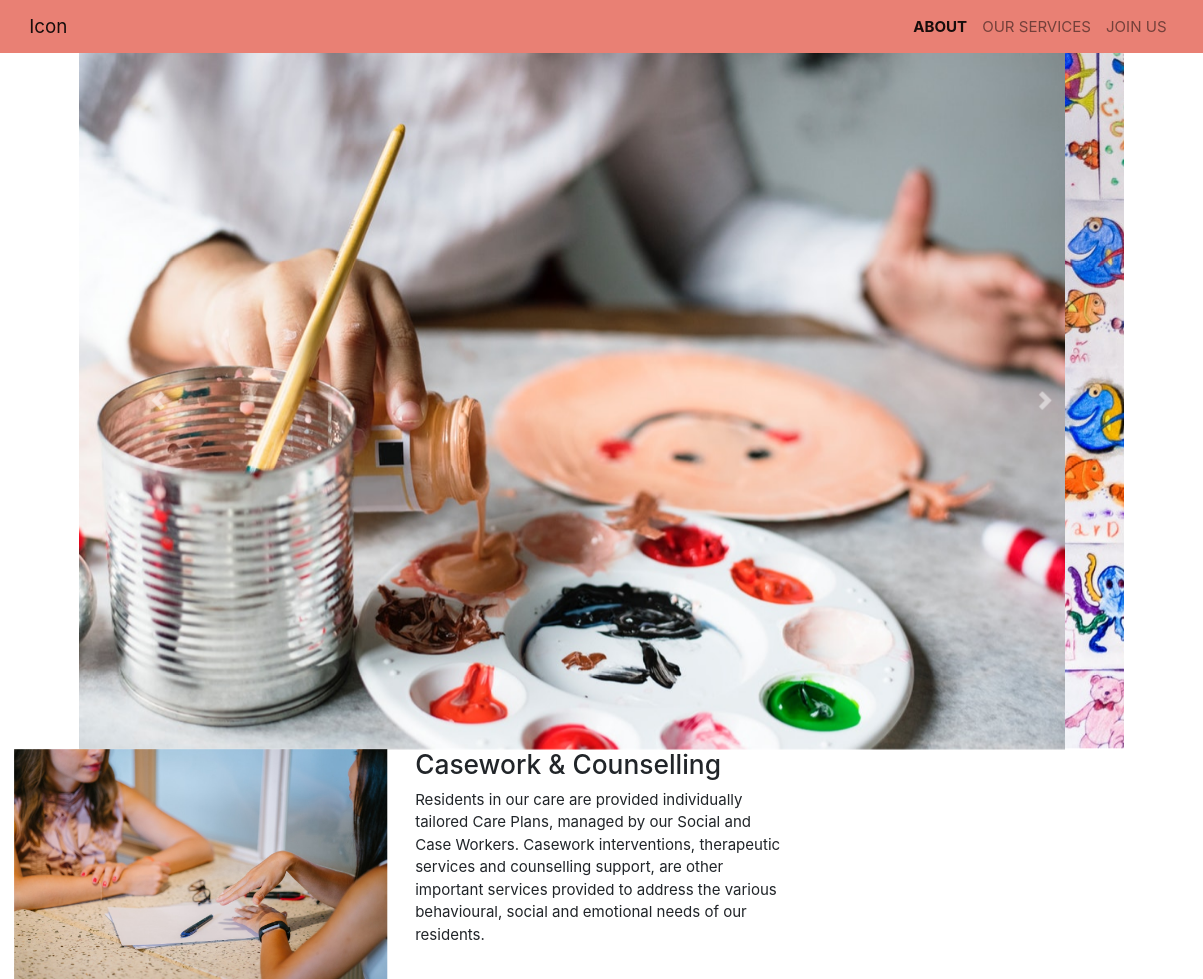
Repository: Code-Institute-Submissions/Jasonngyt-Project1
Page: services.html
The author's editor kept a record of every edit. The page is drawn from the files as they stood at one moment, then again after the next edit.
The browser window is 1280 px wide. The pictures show the part of the page from y = 0 to 1041 px (the page is 1675 px tall), at 94% of full size.
A picture or video elsewhere on the page could not be fetched, so the positions and the page height are approximate. Some web fonts or font styles are not loaded; a fallback is used. Some web libraries are served in a nearby version.

Above is the page before.

### services.html
<!DOCTYPE html>
<html lang="en">
<head>
    <meta charset="UTF-8">
    <meta name="viewport" content="width=device-width, initial-scale=1.0">
    <meta http-equiv="X-UA-Compatible" content="ie=edge">
    <title>Our Services</title>

    <!-- Bootsrap CSS -->
    <link rel="stylesheet" href="https://stackpath.bootstrapcdn.com/bootstrap/4.3.1/css/bootstrap.min.css" integrity="sha384-ggOyR0iXCbMQv3Xipma34MD+dH/1fQ784/j6cY/iJTQUOhcWr7x9JvoRxT2MZw1T" crossorigin="anonymous">

    <!-- Font Awesome -->
    <script src="https://kit.fontawesome.com/749eb0769b.js"></script>

    <!--Google Font -->
    <link href="https://fonts.googleapis.com/css?family=PT+Serif+Caption&display=swap" rel="stylesheet">

    <!-- mystyle.css -->
    <link rel="stylesheet" href="CSSstyle/mystyle.css" type="text/css"/>

</head>
<body>

    <!-- Navbar -->
    <nav class="navbar navbar-expand-md navbar-light sticky-top">
        <div class="container-fluid">
            <a class="navbar-brand" href="index.html">Icon</a>
            <button class="navbar-toggler" type="button" data-toggle="collapse" data-target="#navbarSupportedContent">
                <span class="navbar-toggler-icon"></span>
            </button>

            <div class="collapse navbar-collapse" id="navbarSupportedContent">
                <ul class="navbar-nav ml-auto">
                    <li class="nav-item active">
                        <a class="nav-link nav text-uppercase" href="index.html"><strong>About</strong><span class="sr-only">(current)</span></a>
                    </li>
                    <li class="nav-item">
                        <a class="nav-link text-uppercase" href="services.html">Our Services</a>
                    </li>
                    <li class="nav-item">
                        <a class="nav-link text-uppercase" href="enquiry.html" tabindex="-1">Join Us</a>
                    </li>
                </ul>
            </div>
        </div>
    </nav>

    <!-- Event Photos -->
    <div class="container">
        <div id="carouselExampleControls" class="carousel slide" data-ride="carousel">
            <div class="carousel-inner">
                <div class="carousel-item active">
                    <img class="d-block w-100" src="image/artClass.jpg" alt="First slide">
                </div>
                <div class="carousel-item">
                    <img class="d-block w-100" src="image/drawing.jpg" alt="Second slide">
                </div>
                <div class="carousel-item">
                    <img class="d-block w-100" src="image/running.jpg" alt="Third slide">
                </div>
                <div class="carousel-item">
                    <img class="d-block w-100" src="image/game.jpg" alt="Fourth slide">
                </div>
            </div>
            <a class="carousel-control-prev" href="#carouselExampleControls" role="button" data-slide="prev">
                <span class="carousel-control-prev-icon"></span>
                <span class="sr-only">Previous</span>
            </a>
            <a class="carousel-control-next" href="#carouselExampleControls" role="button" data-slide="next">
                <span class="carousel-control-next-icon"></span>
                <span class="sr-only">Next</span>
            </a>
        </div>
    </div>

    <!-- Our Services -->

    <div class="container col-sm-12">
        <div class="row">
            <img src="image/conseling.jpg" class="col-sm-4">
            <div class="col-sm-4">
                <h3>Casework & Counselling</h3>
                <p>
                    Residents in our care are provided individually tailored Care Plans, managed by our Social and Case Workers.
                    Casework interventions, therapeutic services and counselling support, are other important services provided to address the various behavioural, social and emotional needs of our residents.
                </p>
            </div>
        </div>
    </div>

    <div class="container col-sm-12">
        <div class="row">
            <div class="col-sm-6">
                <h3>Art & Play Therap</h3>
                <p>
                    To ensure that our residents benefit as much as they can during their stay in Melrose Home, art and play therapies have been made available to those residents with higher needs.
                    Art therapy in both individual and group formats were offered to both children and youths, while play therapy was offered on an individual basis.
                    The art and play therapies complemented the various social work interventions in meeting the needs of our residents holistically and were very well received by the residents.
                </p>
            </div>
            <img src="image/kid_draw.jpg" class="col-sm-4">
        </div>
    </div>

    <div class="container">
        <h2>Art & Play Therapy</h2>
        <p>
            To ensure that our residents benefit as much as they can during their stay in Melrose Home, art and play therapies have been made available to those residents with higher needs.
            Art therapy in both individual and group formats were offered to both children and youths, while play therapy was offered on an individual basis.
            The art and play therapies complemented the various social work interventions in meeting the needs of our residents holistically and were very well received by the residents.
        </p>
    </div>
    <div class="container">
        <h2>Family Work & Reintegration</h2>
        <p>
            Our Social Care team work alongside families in need to address a multitude of complex issues.  This is done through regular home visits, counselling sessions, and collaborative case conferences with multiple stakeholders.

            The aim is to guide and empower families to be more self-sufficient and improve their social circumstances, which would ultimately enable safe re-integration of our residents with their families where they belong.
        </p>
    </div>

    <!- Bootstrap Javascript -->
    <script src="https://code.jquery.com/jquery-3.3.1.slim.min.js" integrity="sha384-q8i/X+965DzO0rT7abK41JStQIAqVgRVzpbzo5smXKp4YfRvH+8abtTE1Pi6jizo" crossorigin="anonymous"></script>
    <script src="https://cdnjs.cloudflare.com/ajax/libs/popper.js/1.14.7/umd/popper.min.js" integrity="sha384-UO2eT0CpHqdSJQ6hJty5KVphtPhzWj9WO1clHTMGa3JDZwrnQq4sF86dIHNDz0W1" crossorigin="anonymous"></script>
    <script src="https://stackpath.bootstrapcdn.com/bootstrap/4.3.1/js/bootstrap.min.js" integrity="sha384-JjSmVgyd0p3pXB1rRibZUAYoIIy6OrQ6VrjIEaFf/nJGzIxFDsf4x0xIM+B07jRM" crossorigin="anonymous"></script>
</body>
</html>

### CSSstyle/mystyle.css
.navbar{
    background-color: #E98074;
}
.nav {
    text-transform: uppercase
}

.about_font {
    font-family: 'PT Serif Caption', serif;
}

.about{
    background-color: #EAE7DC;
    padding: 0px;
    margin: 0px;
}

.about_bg {
    position: relative;
    background-image: url("../image/superchild.jpg");
    padding: 0%;
    width: 100%;
    height: 80vh;
    background-position: center;
    background-repeat: no-repeat;
    background-size: cover;
}

.statistic {
    height: 150px;
    background-color: #E85A4F;
    margin: 20px;
    color: white;
    padding: 20px;
}

After the next edit:
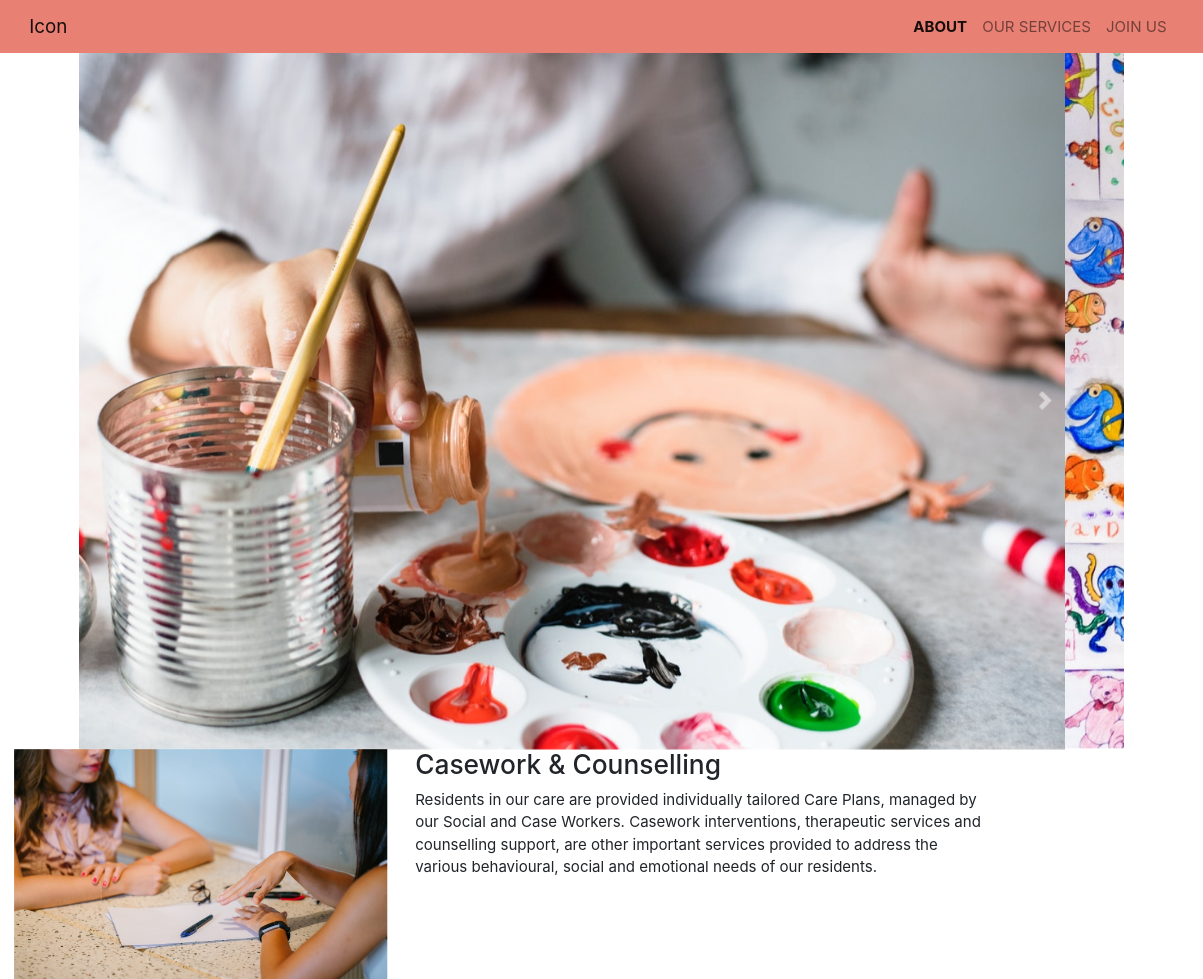
The edit:
--- a/services.html
+++ b/services.html
@@ -78,7 +78,7 @@
     <div class="container col-sm-12">
         <div class="row">
             <img src="image/conseling.jpg" class="col-sm-4">
-            <div class="col-sm-4">
+            <div class="col-sm-6">
                 <h3>Casework & Counselling</h3>
                 <p>
                     Residents in our care are provided individually tailored Care Plans, managed by our Social and Case Workers.
